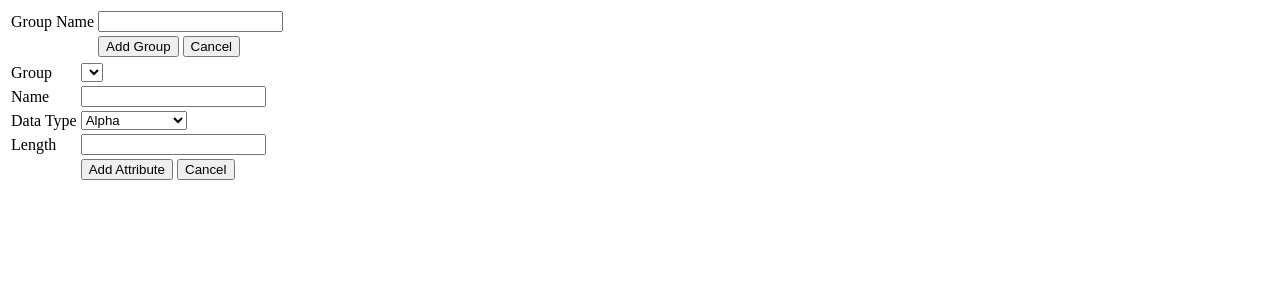
Repository: joliest/MyGits
Page: http://localhost/MiniTracker/Attribute.jsp
The author's editor kept a copy of each file at every save. The page is drawn from the files as they stood at one save, then again after the next save.
The browser window is 1280 px wide. The pictures show the whole page.
Some web libraries are served in a nearby version. The page is served by Tomcat 9. Other server files are loaded and not shown. Queries for data that is not in the repository find no rows.

Above is the page before, as saved 2017-10-25 13:27:43.

### Java/Project_JIRA/MiniTracker/WebContent/Attribute.jsp
<%@ page language="java" contentType="text/html; charset=ISO-8859-1"
    pageEncoding="ISO-8859-1"%>
<html>
	<head>
		<title>Attribute Page</title>
		<script src="https://ajax.googleapis.com/ajax/libs/jquery/3.2.1/jquery.min.js"></script>
		<script src="js/Attribute.js"></script>
	</head>
	<body>
		<div id="AttributeListBox">
			<ul id="attributeGroupList">
				<li>Value 1
					<ul>
						<li> sub value 1</li>
						<li> sub value 2</li>
					</ul>
				</li>
			</ul>

		</div>

		<div id="AttributeGroupTextFieldBox">
			<table>
				<tr>
					<td>Group Name</td>
					<td><input type="text" id="attribGroupName"></td>
				</tr>
				<tr>
					<td></td>
					<td><button type="button" id="addAttributeGroup">Add Group</button>
						<button type="button" id="cancel">Cancel</button></td>
				</tr>
			</table>
		</div>

		<div id="AttributeTextFieldBox">
			<table>
				<tr>
					<td>Group</td>
					<td>
						<select id="selectAttributeGroup">

						</select>
					</td>
				</tr>
				<tr>
					<td>Name</td>
					<td><input type="text" id="attribName"></td>
				</tr>
				<tr>
					<td>Data Type</td>
					<td>
						<select id="attribDataType">
							<option>Alpha</option>
							<option>AlphaNumeric</option>
							<option>Numeric</option>
							<option>Date</option>
							<option>Selection</option>
						</select>
					</td>
				</tr>
				<tr>
					<td>Length</td>
					<td><input type="text" id="attribLength"></td>
				</tr>
				<tr>
					<td></td>
					<td><button type="button" id="addAttribute">Add Attribute</button>
						<input type="button" value="Cancel">
					</td>
				</tr>
			</table>
		</div>


	</body>
</html>

### Java/Project_JIRA/MiniTracker/WebContent/js/Attribute.js

/*
 	Add validation that detects blank values
 */

$(document).ready(function(){

	var controller = "/MiniTracker/Attribute.do";

	loadAttributePage();


	$(this).on("click", "#attributeListRow", function(index) {
		$(this).css("color", "red");
		$(this).css("border", "1px solid red");
	})

	$(this).on("mouseenter", "#attributeListRow", function(index) {
		$(this).css("color", "blue");
		$(this).css("border", "0px solid blue");
	})

	$(this).on("mouseleave", "#attributeListRow", function(index) {
		$(this).css("color", "black");
		$(this).css("border", "0px solid blue");
	})

	/*
	$(this).on("click", "#attributeListRow", function(index) {
		$(this).on({
			mouseenter : function() {
				$(this).css("color", "blue");
				$(this).css("border", "0px solid blue");
			},
			click : function() {
				$(this).css("color", "red");
				$(this).css("border", "1px solid red");
			}
		})
	})
	*/

	$("#addAttribute").click(function(){
		$.post(controller,
				{
					category : "addAttribute",
					groupName : $("#attribGroup").val(),
					groupId : $("option:selected").attr("attributeid"),
					name : $("#attribName").val(),
					dataType : $("#attribDataType").val(),
					length : $("#attribLength").val()
				},
				function(data, status) {
					alert(data);
					loadAttributePage();
					clearTextFields()
				})
	})

	$("#addAttributeGroup").click(function(){
		$.post(controller,
				{
					category : "addAttributeGroup",
					name : $("#attribGroupName").val()
				},
				function(data, status) {
					alert(data);
					loadAttributePage();
					clearTextFields()
				})
	})

	function loadAttributePage() {
	$.post(controller,
			{category : "loadAttributeGroups"},
			function(data, status) {
				$("#selectAttributeGroup").html(data);
			})

	$.post(controller,
			{category : "loadAttributesPanel"},
			function(data, status){
				$("#attributeGroupList").html(data);
			})
	}

	function clearTextFields() {
		$(":text").val("");
	}
})




/*
function addAttribute(value) {
	var buttonType = value;

	var xhttp = new XMLHttpRequest();

	xhttp.onreadystatechange = function() {
		if(this.readyState == 4 && this.status == 200) {
			alert("Ok");
		}
	};

	xhttp.open("POST", "MiniTracker/");
	xhttp.send();
}

*/

### Java/Project_JIRA/MiniTracker/src/com/tracker/Attribute/web/AttributeServlet.java
package com.tracker.Attribute.web;

import javax.servlet.http.*;

import com.tracker.Module;
import com.tracker.Attribute.model.Attribute;
import com.tracker.Attribute.model.AttributeGroup;
import com.tracker.DatabaseHelper.*;

import javax.servlet.*;

import java.io.IOException;
import java.io.PrintWriter;
import java.util.*;

public class AttributeServlet extends HttpServlet{

	public void doPost(HttpServletRequest request, HttpServletResponse response) throws ServletException, IOException {
		//doGet(request, response);
		response.setContentType("text/html");
		PrintWriter out = response.getWriter();

		String category = request.getParameter("category");
		String alert = "";

		DatabaseManager managerTask = new AttributeDatabaseManager(request);
		AttributeDatabaseManager attributeManagerTask = (AttributeDatabaseManager) managerTask;

		if(category.equals("addAttribute")) {

			Attribute attributeAdder = new Attribute(request);
			DatabaseManager addAttributeManager = new AttributeDatabaseManager(attributeAdder);
			addAttributeManager.add();

			alert +=  attributeAdder.getName() + " is added.";

		} else if(category.equals("loadAttributesPanel")) {
			HashMap<Integer, String> attributeGroups = managerTask.listGroups();
			HashMap<Integer, String> attributes;

			for(Map.Entry<Integer, String> groupEntry : attributeGroups.entrySet()) {

				String groupId = groupEntry.getKey().toString();
				String groupName = groupEntry.getValue().toString();

				int attributeGroupId = groupEntry.getKey();
				attributes = managerTask.getMembersByGroupId(attributeGroupId);

				//generates <li groupId="100">GroupName</li>
				//alert += "<li groupId=\"" + groupId + "\">";
				alert += "<li>";
				alert +=  "<b groupId=\"" + groupId + "\" id=\"attributeGroupListRow\">" + groupName + "</b>";
				alert += "<ul>";
				for(Map.Entry<Integer, String> entry : attributes.entrySet()) {
					String id = entry.getKey().toString();
					String attributeName = entry.getValue().toString();

					//generates <li attributeId="1001">AttributeName</li>
					alert += "<li id=\"attributeListRow\" attributeId=\"" + id + "\">";
					alert += attributeName;
					alert += "</li>";
				}
				alert += "</ul>";
				alert += "</li>";
			}

		} else if(category.equals("getAttributeGroup")) {
			int attributeId = getAttributeId(request);
			alert += attributeManagerTask.getAttributeGroupById(attributeId);

		} else if(category.equals("getAttributeName")) {
			int attributeId = getAttributeId(request);
			alert += attributeManagerTask.getAttributeNameById(attributeId);

		} else if(category.equals("getDataType")) {
			int attributeId = getAttributeId(request);
			alert += attributeManagerTask.getAttributeDataTypeById(attributeId);

		} else if(category.equals("getLength")) {
			int attributeId = getAttributeId(request);
			alert += attributeManagerTask.getAttributeLengthById(attributeId);

		} else if(category.equals("deleteAttribute")) {
			int attributeId = getAttributeId(request);
			alert += managerTask.remove(attributeId);

		}else {

		}
		out.print(alert);
	}

	private int getAttributeId(HttpServletRequest request) {
		String attributeIdValue = request.getParameter("attributeId");
		int attributeId = Integer.parseInt(attributeIdValue);
		return attributeId;
	}
}

After the next save:
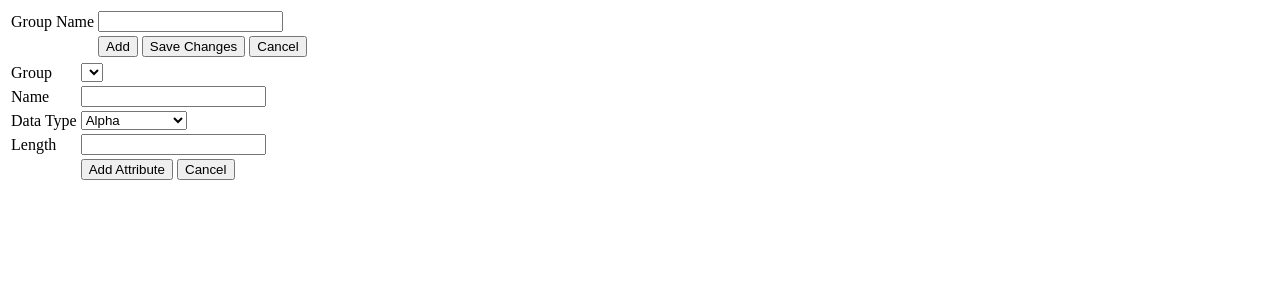
Saved 30 s later.
--- a/Java/Project_JIRA/MiniTracker/WebContent/Attribute.jsp
+++ b/Java/Project_JIRA/MiniTracker/WebContent/Attribute.jsp
@@ -27,7 +27,8 @@
 				</tr>
 				<tr>
 					<td></td>
-					<td><button type="button" id="addAttributeGroup">Add Group</button>
+					<td><button type="button" id="addAttributeGroup">Add</button>
+					<button type="button" id="editAttributeGroup">Save Changes</button>
 						<button type="button" id="cancel">Cancel</button></td>
 				</tr>
 			</table>
